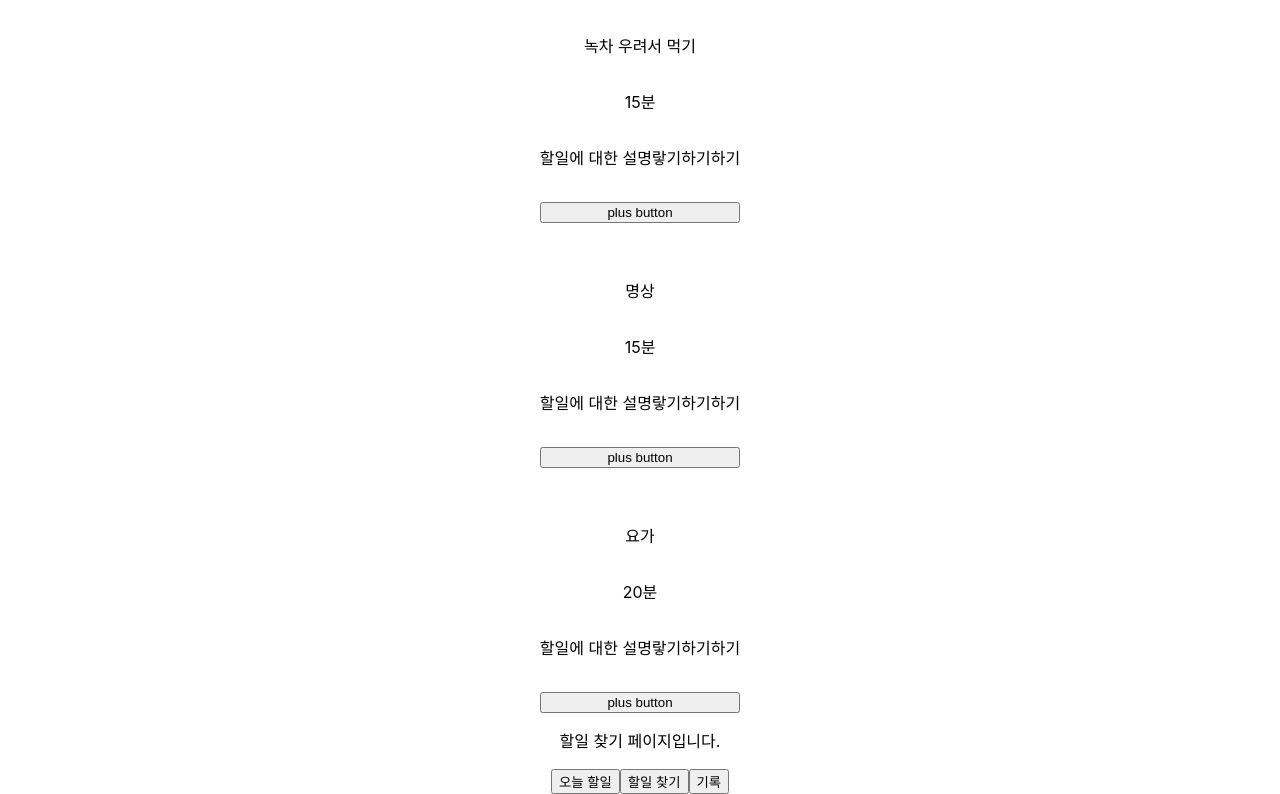
Repository: Tickley-Team/Tickley
Page: /todos/find
These files come from the project's save history. The page is drawn as it stood at one moment and after the next save; the edit follows.
The browser window is 1280 px wide. The pictures show the whole page.
The project was rebuilt for these pictures with package versions that can differ from the ones it lists, and the page was loaded fresh each time. Also part of the build but not shown: vite.config.ts, src/pages/Todos.tsx, src/components/RangeSlider.tsx, src/pages/SurveySpareTime/index.tsx, src/pages/Home.tsx, src/hooks/useOnboarding.ts, src/pages/OnboardingPage.tsx, src/components/TodoMemoryDatePopup.tsx and 5 more.

Above is the page before, as saved 2024-12-08 18:42:51.

After the next save:
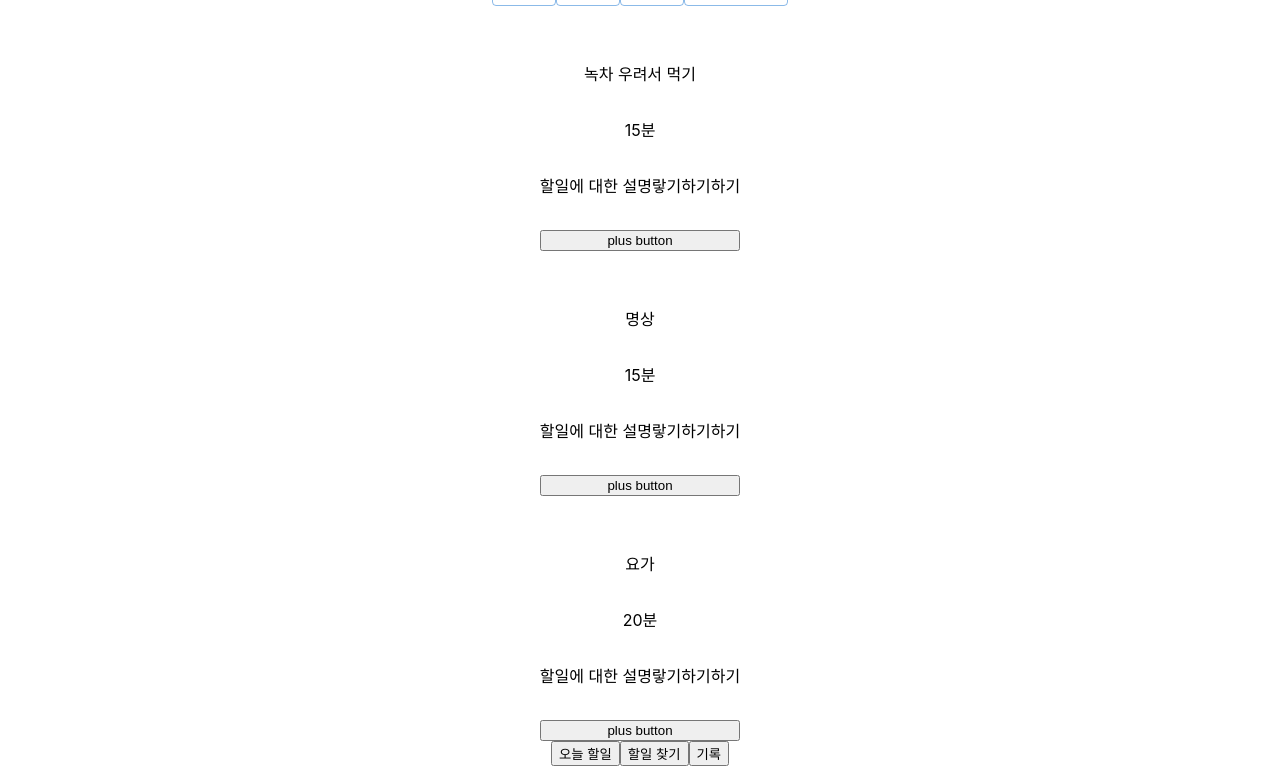
Saved 76 s later.
--- a/src/pages/TodosFind.tsx
+++ b/src/pages/TodosFind.tsx
@@ -34,7 +34,6 @@ const TodosFind = () => {
       <CategoryBar categoryNames={categoryNames} onClick={setCategoryName} />
       <TodoList list={filteredTodos} onAddTodo={addTodo} />
       <div>
-        <p>할일 찾기 페이지입니다.</p>
         <div>
           <Link to="/todos">
             <button>오늘 할일</button>
